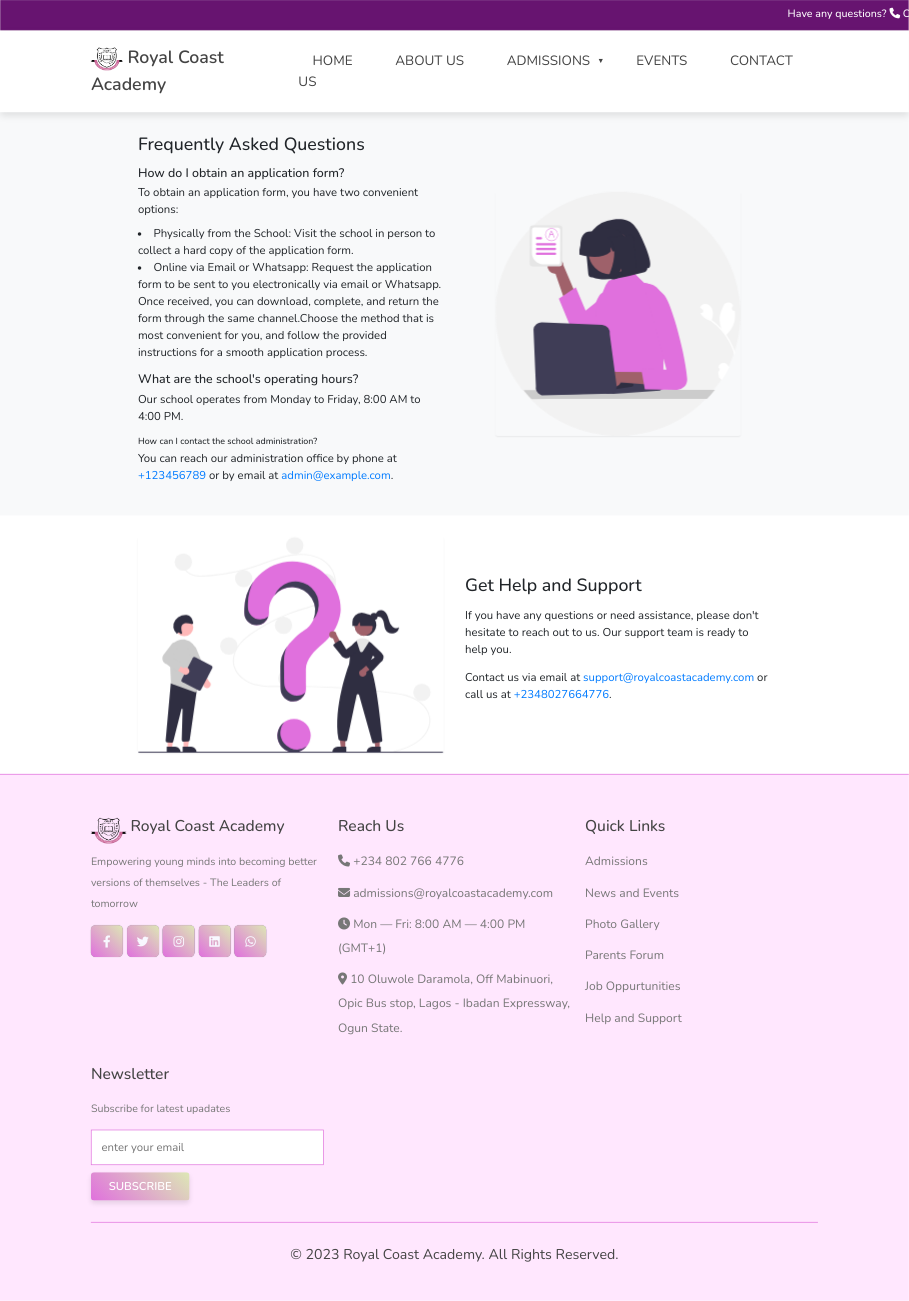
Repository: AdeniranZion/RC-Academy
Page: http://localhost/faq.php
These files come from the project's save history. The page is drawn as it stood at one moment and after the next save; the edit follows.
The browser window is 1280 px wide. The pictures show the whole page, at 71% of full size.
Some web libraries are served in a nearby version. The page is run by PHP 8.4 with error messages shown; the project is at /var/www/html/.

Above is the page before, as saved 2024-06-21 19:23:49.
Console error: TypeError: Cannot set properties of null (setting 'onclick')

### faq.php
<?php include_once "partials/header.php"; ?>

<section class="faq-section py-5 bg-light">
    <div class="container">
        <div class="row align-items-center">
            <div class="col-lg-6" data-aos="fade-right">
                <div class="faq-content">
                    <h1 class="mb-4 fw-bold">Frequently Asked Questions</h1>

                    <div class="faq-item mb-4">
                        <h3>How do I obtain an application form?</h3>
                        <p>
                        To obtain an application form, you have two convenient options:
                            <li>Physically from the School: Visit the school in person to collect a hard copy of the application form.</li>
                            <li>Online via Email or Whatsapp: Request the application form to be sent to you electronically via email or Whatsapp. Once received, you can download, complete, and return the form through the same channel.Choose the method that is most convenient for you, and follow the provided instructions for a smooth application process.</li>
                        </p>
                    </div>

                    <div class="faq-item mb-4">
                        <h3 >What are the school's operating hours?</h3>
                        <p>Our school operates from Monday to Friday, 8:00 AM to 4:00 PM.</p>
                    </div>

                    <div class="faq-item mb-4">
                        <h3 class="h5">How can I contact the school administration?</h3>
                        <p>You can reach our administration office by phone at <a href="tel:+123456789">+123456789</a> or by email at <a href="mailto:admin@example.com">admin@example.com</a>.</p>
                    </div>
                </div>
            </div>

            <div class="col-lg-6" data-aos="fade-left" data-aos-duration="1100">
                <div class="support-illustration text-center">
                    <img src="images/undraw_teacher_re_sico.svg" alt="Support Illustration" class="img-fluid rounded shadow-sm" style="max-width: 80%; height: auto;">
                </div>
            </div>

        </div>
    </div>
</section>

<section class="help-section py-5">
    <div class="container">
        <div class="row align-items-center">
            <div class="col-lg-6 order-lg-2" data-aos="fade-left">
                <div class="help-content">
                    <h1 class="mb-4 fw-bold">Get Help and Support</h1>

                    <p class="mb-4">If you have any questions or need assistance, please don't hesitate to reach out to us. Our support team is ready to help you.</p>

                    <p class="mb-4">Contact us via email at <a href="mailto:yemideniran@gmail.com">support@royalcoastacademy.com</a> or call us at <a href="tel:+123456789">+2348027664776</a>.</p>
                </div>
            </div>

            <div class="col-lg-6 order-lg-1" data-aos="fade-right" data-aos-duration="1100">
                <div class="help-illustration text-center">
                    <img src="images/undraw_questions_re_1fy7.svg" alt="Help Illustration" class="img-fluid rounded shadow-sm">
                </div>
            </div>
        </div>
    </div>
</section>

<?php include_once "partials/footer.php"; ?>

<!-- Initialize AOS -->
<script>
    AOS.init();
</script>

### partials/header.php
 <!--HTML BEGINS-->
<!doctype html>
<html lang="en">
  <head>

  <script src="https://cdn.jsdelivr.net/npm/aos@2.3.4/dist/aos.js"></script>
  <link rel="stylesheet" href="https://cdn.jsdelivr.net/npm/aos@2.3.4/dist/aos.css">
<link rel="stylesheet" href="css/qlstyle.css">
<link rel="stylesheet" href="https://cdn.jsdelivr.net/npm/bootstrap@4.5.3/dist/css/bootstrap.min.css" integrity="sha384-TX8t27EcRE3e/ihU7zmQxVncDAy5uIKz4rEkgIXeMed4M0jlfIDPvg6uqKI2xXr2" crossorigin="anonymous">
<link rel="stylesheet" href="https://cdn.jsdelivr.net/npm/bootstrap-icons@1.11.3/font/bootstrap-icons.min.css">
<link rel="stylesheet" href="https://cdnjs.cloudflare.com/ajax/libs/font-awesome/6.3.0/css/all.min.css">
<link rel="stylesheet" href="https://unpkg.com/swiper@7/swiper-bundle.min.css">


  <title>Royal Coast Academy</title>
    <!-- Required meta tags -->
    <meta charset="UTF-8">
   <meta http-equiv="X-UA-Compatible" content="IE=edge">
   <meta name="viewport" content="width=device-width, initial-scale=1.0">



   <!-- swiper css link  -->
   <link rel="stylesheet" href="https://unpkg.com/swiper@7/swiper-bundle.min.css" />
   <link rel="stylesheet" href="https://fontawesome.com/icons/phone?s=solid&f=classic" />

   <!-- custom css file link  -->
   <link rel="stylesheet" href="css/style.css">
   <link rel="stylesheet" href="css/aos.css">



<!-- //Go to top Button -->
<button onclick="topFunction()" class="top-btn" id="myBtn" title="Go to top"><img width="50%" src="images/chevron_up1.png" alt=""></button>
</head>

<body>


<!-- header section starts  -->
<div class="scroll-div">
    <div class="scroll-wrapper">
      <div class="scroll-text">
        <h1>Have any questions? <i class="fa-solid fa-phone"></i> Call us on +2348027664776 +2347059695895 +2349030009521 <i class="fa-solid fa-envelope"></i> royalcoastacademy@gmail.com or <i class="fa-solid fa-location-dot"></i> Visit us @ 10 Oluwole Daramola Crescent, Isheri Oke 102109, Ojodu Berger, Ogun State.</h1>
      </div>
    </div>
  </div>



<header class="header">


   <a href="#" class="logo">
      <img src="images/RCALogo.png" width="45" alt="Royal Coast Academy Logo">
      Royal Coast Academy
   </a>


   <nav class="navbar">

         <div id="close-navbar" class="fa-sharp fa-solid fa-xmark"></div>

         <?php
            $file_names = ['index.php', 'calendar.php', 'contact.php', 'about.php', 'courses.php', 'admissions.php', 'admission_form.php'];
            $current_page = basename($_SERVER['PHP_SELF']);
            $links = array(
               array('text' => 'HOME', 'href' => 'index.php'),
               array('text' => 'ABOUT US', 'href' => 'about.php'),
               array('text' => 'ADMISSIONS', 'href' => 'admissions.php'),
               array('text' => 'EVENTS', 'href' => 'calendar.php'),
               array('text' => 'CONTACT US', 'href' => 'contact.php'),
            );

            echo '<nav>'; // Start the navigation container

            foreach ($links as $link) {
               // Check if the link is the current page or if it's the admissions link when on admission_form.php
               $style = ($link['href'] == $current_page || ($link['href'] == 'admissions.php' && $current_page == 'admission_form.php')) ? 'style="color: #e070dd;"' : '';

               if ($link['text'] == 'ADMISSIONS') {
                  echo '<div class="dropdown">';
                  echo '<a href="' . $link['href'] . '" ' . $style . '>' . $link['text'] . '</a>';
                  echo '<div class="dropdown-content">';

                  // Set style for dropdown links, excluding the current page
                  echo '<a href="admission_form.php"' . ($current_page == 'admission_form.php' ? ' style="color: #e070dd;"' : '') . '>Admission Form</a>';
                  echo '<a href="admissions.php"' . ($current_page == 'admissions.php' ? ' style="color: #e070dd;"' : '') . '>Admission Details</a>';

                  echo '</div>';
                  echo '</div>';
               } else {
                     echo '<a href="' . $link['href'] . '" ' . $style . '>' . $link['text'] . '</a>';
               }
             }

            echo '</nav>'; // End the navigation container
?>





   </nav>

   <div class="icons">
      <div id="menu-btn" class="fa-solid fa-bars"></div>
   </div>

</header>


<script>
    AOS.init({
        duration: 800, // animation duration in milliseconds
        offset: 200, // offset (in pixels) from the top of the page for the start of the animation
        easing: 'ease-out', // easing function to use for the animation
        once: true, // only animate elements once on page load
    });

      // Refresh AOS on scroll event
      window.addEventListener('scroll', function() {
      AOS.refresh();
});
  </script>

</body>

### partials/footer.php
<!-- footer section starts  -->


<section class="footer">

   <div class="box-container">

      <div class="box">
         <h3> <img style="margin-bottom: -3%;" src="images/RCALogo.png" width="50"> Royal Coast Academy </h3>
         <p>Empowering young minds into becoming better versions of themselves - The Leaders of tomorrow</p>
         <div class="share">
            <a href="#" class="fa-brands fa-facebook-f"></a>
            <a href="#" class="fa-brands fa-twitter"></a>
            <a href="https://www.instagram.com/royalcoastacademy/" class="fa-brands fa-instagram"></a>
            <a href="#" class="fa-brands fa-linkedin"></a>
            <a href="https://wa.me/+2348027664776" class="fa-brands fa-whatsapp"></a>
         </div>
      </div>

      <div class="box">
         <h3>Reach Us</h3>
         <a href="tel:+2348027664776" class="link"><i class="fa-solid fa-phone"></i> <span> +234 802 766 4776</span></a>
         <a href="mailto:admissions@schoolname.com" class="link"><i class="fa-sharp fa-solid fa-envelope"></i> admissions@royalcoastacademy.com</a>
         <a class="link"><i class="fa-solid fa-clock"></i><span> Mon — Fri: 8:00 AM — 4:00 PM (GMT+1)
         </span></a>
         <a href="https://www.google.com/maps/place/Royal+Coast+Academy/@6.6436294,3.3875633,17z/data=!4m15!1m8!3m7!1s0x103b937ae5824571:0xccc23bd1c27304eb!2s10+Oluwole+Daramola+Cres,+Isheri+Oke+102109,+Ojodu+Berger,+Ogun+State!3b1!8m2!3d6.6436294!4d3.3875633!16s%2Fg%2F11sk8n63bg!3m5!1s0x103b9320de5d0e97:0x8af30d24481b53f6!8m2!3d6.6436294!4d3.3875633!16s%2Fg%2F11smwgcrfj" class="link"><i class="fa-solid fa-location-dot"></i><span> 10 Oluwole Daramola, Off Mabinuori, Opic Bus stop, Lagos - Ibadan Expressway, Ogun State.</span></a>
      </div>

      <div class="box">
         <h3>Quick links</h3>
         <a href="admissions.php" class="link">Admissions</a>
         <a href="calendar.php" class="link">News and Events</a>
         <a href="photogallery.php" class="link">Photo Gallery</a>
         <a href="unavailable.php" class="link">Parents Forum</a>
         <a href="unavailable.php" class="link">Job Oppurtunities</a>
         <a href="faq.php" class="link">Help and Support</a>
      </div>

      <div class="box">
         <h3>newsletter</h3>
         <p>Subscribe for latest upadates</p>
         <form action="">
            <input type="email" name="" placeholder="enter your email" id="" class="email">
            <input type="submit" value="subscribe" class="btn">
         </form>
      </div>

   </div>

   <div class="credit">&copy; <?php echo date("Y");?> Royal Coast Academy. all rights reserved. </div>

</section>

<!-- footer section ends -->







<!-- swiper js link  -->
<script src="https://unpkg.com/swiper@7.4.1/swiper-bundle.min.js"></script>

<!-- custom js file link  -->
<script src="js/script.js"></script>
<script src="js/aos.js"></script>

### css/qlstyle.css
    * {
  margin: 0;
  padding: 0;
  box-sizing: border-box;
}

body {
  background-color: #fff;
}

header {
  position: fixed;
  top: 0;
  left: 0;
  width: 100%;
  background-color: #000;
  padding: 20px;
  z-index: 1;
}

nav ul {
  display: flex;
  justify-content: space-between;
  align-items: center;
}

nav li {
  list-style: none;
}

nav a {
  color: #000;
  font-size: 1.5rem;
  text-decoration: none;
  padding: 10px 20px;
  border-radius: 5px;
  transition: all 0.3s ease;
}

nav a:hover {
  background-color: #000;
  color: #ffffff;
}

.hero {
  height: 100vh;
  display: flex;
  flex-direction: column;
  justify-content: center;
  align-items: center;
  color: #666566;
  text-align: center;
  position: relative;
  overflow: hidden;
}

.hero::before {
  content: "";
  position: absolute;
  top: -50%;
  left: -50%;
  width: 200%;
  height: 200%;
  background-color: rgba(255,255,255,0.1);
  transform: rotate(45deg);
  z-index: -1;
}

.hero h1 {
  font-size: 5.5rem;
  font-weight: 700;
  margin-bottom: 20px;
  text-shadow: 0 0 5px #edccf0;
}

.hero p {
  font-size: 2rem;
  font-weight: 300;
  margin-bottom: 30px;
  text-shadow: 0 0 10px rgba(255,255,255,0.5);
}

.btn2 {
  background-color: #f6eff7;
  color: #000;
  font-size: 1.6rem;
  padding: 10px 20px;
  border-radius: 5px;
  text-decoration: none;
  transition: all 0.3s ease;
  box-shadow: 0 0 10px rgb(201, 201, 201);
}

.btn2:hover {
  background-color: #edccf0;
  color: #000;
  border: #edccf0;
}

.info {
  padding: 100px 0;
  text-align: center;
  color: #fff;
  position: relative;
  overflow: hidden;
}

.info::before {
  content: "";
  position: absolute;
  top: -50%;
  left: -50%;
  width: 200%;
  height: 200%;
  background-color: rgba(255,255,255,0.1);
  transform: rotate(45deg);
  z-index: -1;
}

.info h2 {
  font-size: 3rem;
  font-weight: 700;
  margin-bottom: 20px;
  text-shadow: 0 0 10px rgba(255,255,255,0.5);
}

.info p {
  font-size: 1.5rem;
  font-weight: 300;
  margin-bottom: 30px;
  text-shadow: 0 0 10px rgba(255,255,255,0.5);
}

.info ul {
  list-style: none;
  display: flex;
  justify-content: space-between;
  align-items: center;
  margin-bottom: 30px;
}

.info ul li {
  font-size: 1.2rem;
}

.floating-objects {
  position: fixed;
  top: 0;
  left: 0;
  width: 100%;
  height: 100%;
  z-index: -1;
  display: grid;
  grid-template-columns: repeat(6, 1fr);
  grid-template-rows: repeat(4, 1fr);
  opacity: 10%;
}

.floating-object {
  width: 60px;
  height: 60px;
  background-color: #000;
  opacity: 0.6;
  position: relative;
  animation: float 12s ease-in-out infinite;
}

.floating-object:nth-child(1) {
  grid-column: 3 / span 2;
  grid-row: 1 / span 2;
  animation-name: float-right-down;
}

.floating-object:nth-child(2) {
  grid-column: 2 / span 2;
  grid-row: 2 / span 2;
  animation-name: float-left-down;
  background-color: #9e39a3;
}

/* red */
.floating-object:nth-child(3) {
  grid-column: 4 / span 2;
  grid-row: 3 / span 2;
  animation-name: float-left-up;
  width: 100px;
  height: 100px;
  background-color: red;
  clip-path: polygon(50% 0%, 100% 20%, 100% 80%, 50% 100%, 0% 80%, 0% 20%);
  opacity: 0.7;
  border: 2px solid #000;
  border-radius: 30px;
}
.floating-object:nth-child(4) {
  grid-column: 6 / span 2;
  grid-row: 4 / span 3;
  animation-name: float-left-down;

}

.floating-object:nth-child(5) {
  grid-column: 6 / span 2;
  grid-row: 1 / span 2;
  animation-name: float-right-up;
  width: 150px;
  height: 150px;
  background-color: transparent;
  opacity: 0.7;
  border: 1px solid #000;

}

.floating-object:nth-child(6) {
  grid-column: 4 / span 2;
  grid-row: 2 / span 3;
  animation-name: float-right-down;
  width: 250px;
  height: 250px;
  background-color: transparent;
  border: 2px solid #000;
  opacity: 0.1;
  box-shadow: 0 0 10px rgb(201, 201, 201);
}

.floating-object:nth-child(7) {
  grid-column: 3 / span 2;
  grid-row: 3 / span 3;
  animation-name: float-left-down;
  width: 250px;
  height: 250px;
  background-color: transparent;
  opacity: 0.7;
  border: 2px solid #000;
  border-radius: 50%;
  box-shadow: 0 0 50px rgb(201, 201, 201);
}

.floating-object:nth-child(8) {
  grid-column: 5 / span 2;
  grid-row: 2 / span 2;
  animation-name: float-right-down;
  width: 150px;
  height: 150px;
  background-color: #9e39a3;
  opacity: 0.7;
  border: 2px solid #9e39a3;
  border-radius: 50%;
}

/* red 2*/
.floating-object:nth-child(9) {
    grid-column: 1 / span 2;
    grid-row: 5 / span 2;
    animation-name: float-right-up;
    width: 350px;
    height: 350px;
    background-color: red;
    clip-path: polygon(50% 0%, 100% 20%, 100% 80%, 50% 100%, 0% 80%, 0% 20%);
    opacity: 0.2;
    border: 2px solid #000;
    border-radius: 30px;
  }


.hexagon {
    top: 30vh;
    left: 40%;
    position: absolute;
    margin: 0 auto;
    background-color: dodgerblue;
    border-radius: 10px;
    width: 100px;
    height: 63px;
    box-sizing: border-box;
    transition: all 1s;
    border: 0.4vh solid transparent;
    grid-column: 4 / span 2;
    grid-row: 3 / span 2;
    animation-name: float-right-up;
    width: 60px;
    height: 60px;
    background-color: #fff;
    opacity: 0.6;
    position: relative;
    animation: float 6s ease-in-out infinite;
}

@keyframes float-right-down {
  0% {
    transform: translateX(0px) translateY(0px);
  }
  50% {
    transform: translateX(50px) translateY(50px);
  }
  100% {
    transform: translateX(0px) translateY(0px);
  }
}

@keyframes float-left-down {
  0% {
    transform: translateX(0px) translateY(0px);
  }
  50% {
    transform: translateX(-50px) translateY(50px);
  }
  100% {
    transform: translateX(0px) translateY(0px);
  }
}

@keyframes float-right-up {
  0% {
    transform: translateX(0px) translateY(0px);
  }
  50% {
    transform: translateX(50px) translateY(-50px);
  }
  100% {
    transform: translateX(0px) translateY(0px);
  }
}

@keyframes float-left-up {
  0% {
    transform: translateX(0px) translateY(0px);
  }
  50% {
    transform: translateX(-50px) translateY(-50px);
  }
  100% {
    transform: translateX(0px) translateY(0px);
  }
}

.hexagon {
    top: 30vh;
    left: 40%;
    position: absolute;
    margin: 0 auto;
    background-color: dodgerblue;
    border-radius: 10px;
    width: 100px;
    height: 63px;
    box-sizing: border-box;
    transition: all 1s;
    border: 0.4vh solid transparent;
}

/* Creating pseudo-class */
.hexagon:before, .hexagon:after {
    content: "";
    border: inherit;
    position: absolute;
    top: -0.5vh;
    left: -0.5vh;
    background-color: dodgerblue;
    border-radius: inherit;
    height: 100%;
    width: 100%;
}

/* Align them in such a way
that they form a hexagon */
.hexagon:before {
    transform: rotate(60deg);
}
.hexagon:after {
    transform: rotate(-60deg);
}

### css/aos.css
/* Fade-in from the right animation */
[data-aos="fade-right"] {
    opacity: 0;
    transform: translateX(100px);
    transition: opacity 0.6s ease-out, transform 0.6s ease-out;
  }

  [data-aos="fade-right"].aos-animate {
    opacity: 1;
    transform: translateX(0);
  }

Loaded but not shown: images/undraw_questions_re_1fy7.svg (1 lines, source omitted); images/undraw_teacher_re_sico.svg (1 lines, source omitted); js/script.js (156 lines, source omitted); js/aos.js (24 lines, source omitted); css/style.css (1695 lines, source omitted)

After the next save:
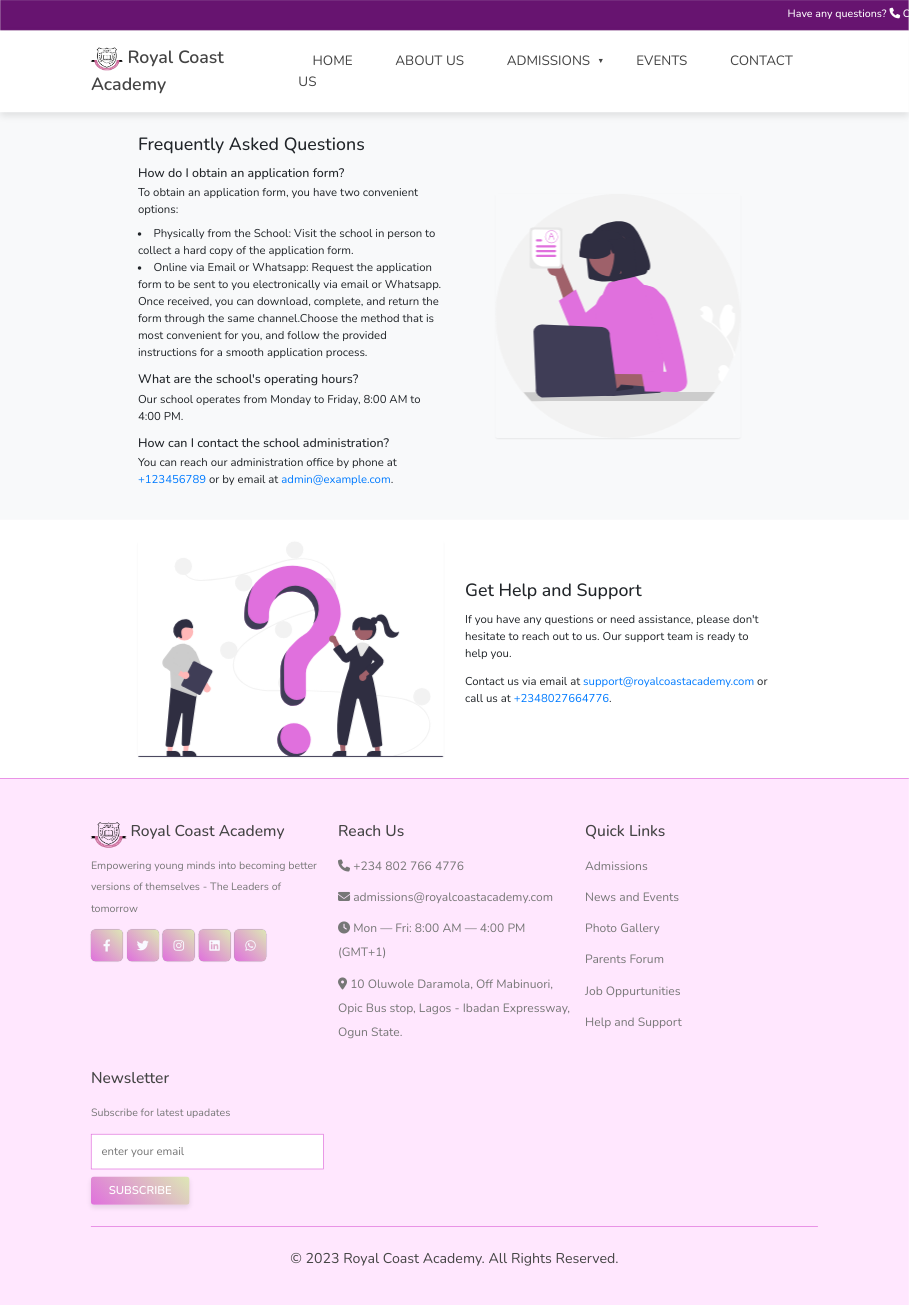
Saved 12 s later.
--- a/faq.php
+++ b/faq.php
@@ -17,12 +17,12 @@
                     </div>
 
                     <div class="faq-item mb-4">
-                        <h3 >What are the school's operating hours?</h3>
+                        <h3>What are the school's operating hours?</h3>
                         <p>Our school operates from Monday to Friday, 8:00 AM to 4:00 PM.</p>
                     </div>
 
                     <div class="faq-item mb-4">
-                        <h3 class="h5">How can I contact the school administration?</h3>
+                        <h3>How can I contact the school administration?</h3>
                         <p>You can reach our administration office by phone at <a href="tel:+123456789">+123456789</a> or by email at <a href="mailto:admin@example.com">admin@example.com</a>.</p>
                     </div>
                 </div>
